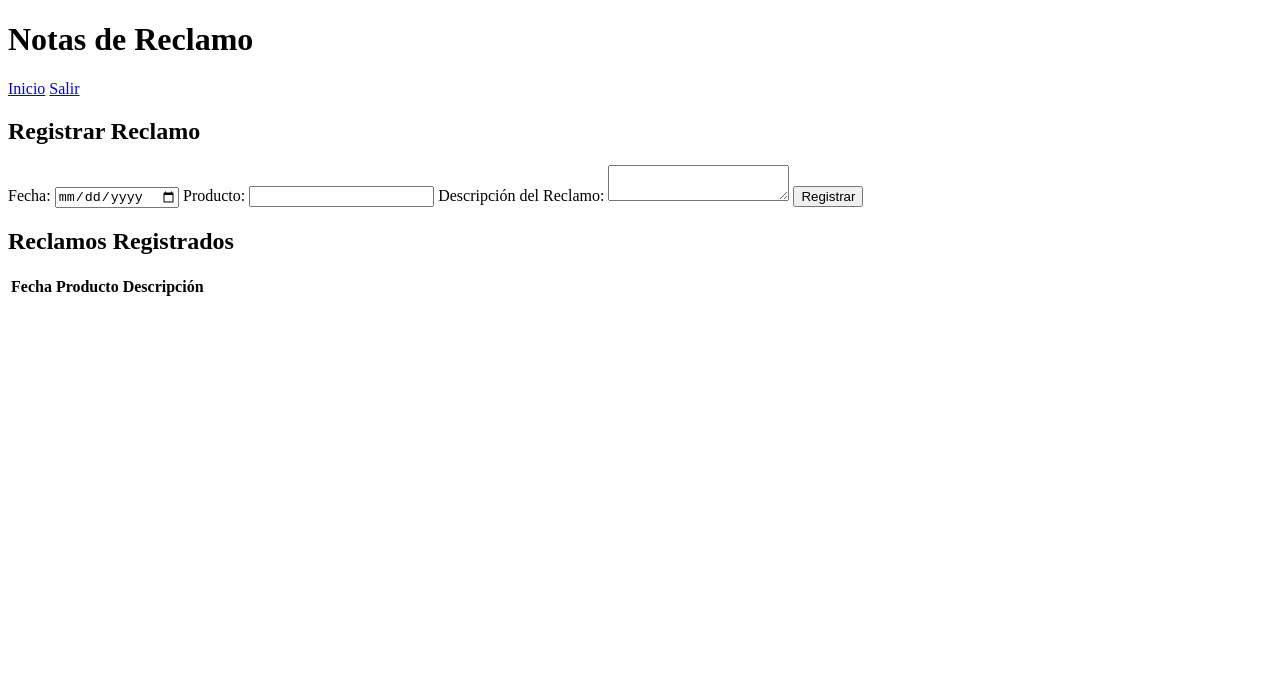
Repository: djkeviin/Mi-primera-chamba
Page: views/reclamos.html
The author's editor kept a copy of each file at every save. The page is drawn from the files as they stood at one save, then again after the next save.
The browser window is 1280 px wide. The pictures show the whole page.

Above is the page before, as saved 2025-05-01 21:52:31.
Not found: css/notas.css
Not found: js/notas.js

After the next save:
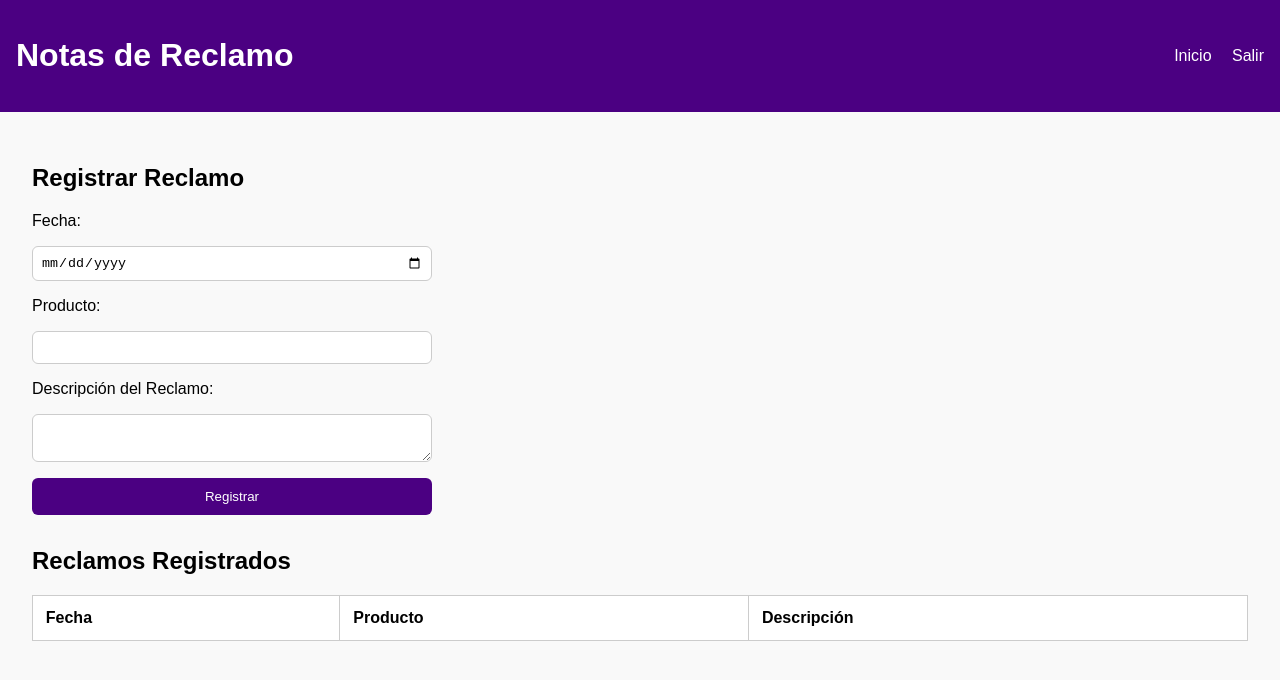
Saved 4 min 35 s later.
--- a/views/reclamos.html
+++ b/views/reclamos.html
@@ -3,7 +3,7 @@
 <head>
   <meta charset="UTF-8">
   <title>Notas de Reclamo</title>
-  <link rel="stylesheet" href="../css/notas.css">
+  <link rel="stylesheet" href="../css/reclamos.css">
 </head>
 <body>
   <header>
@@ -48,5 +48,5 @@
     </section>
   </main>
 
-  <script src="../js/notas.js"></script>
+  <script src="../js/reclamos.js"></script>
 </body>
